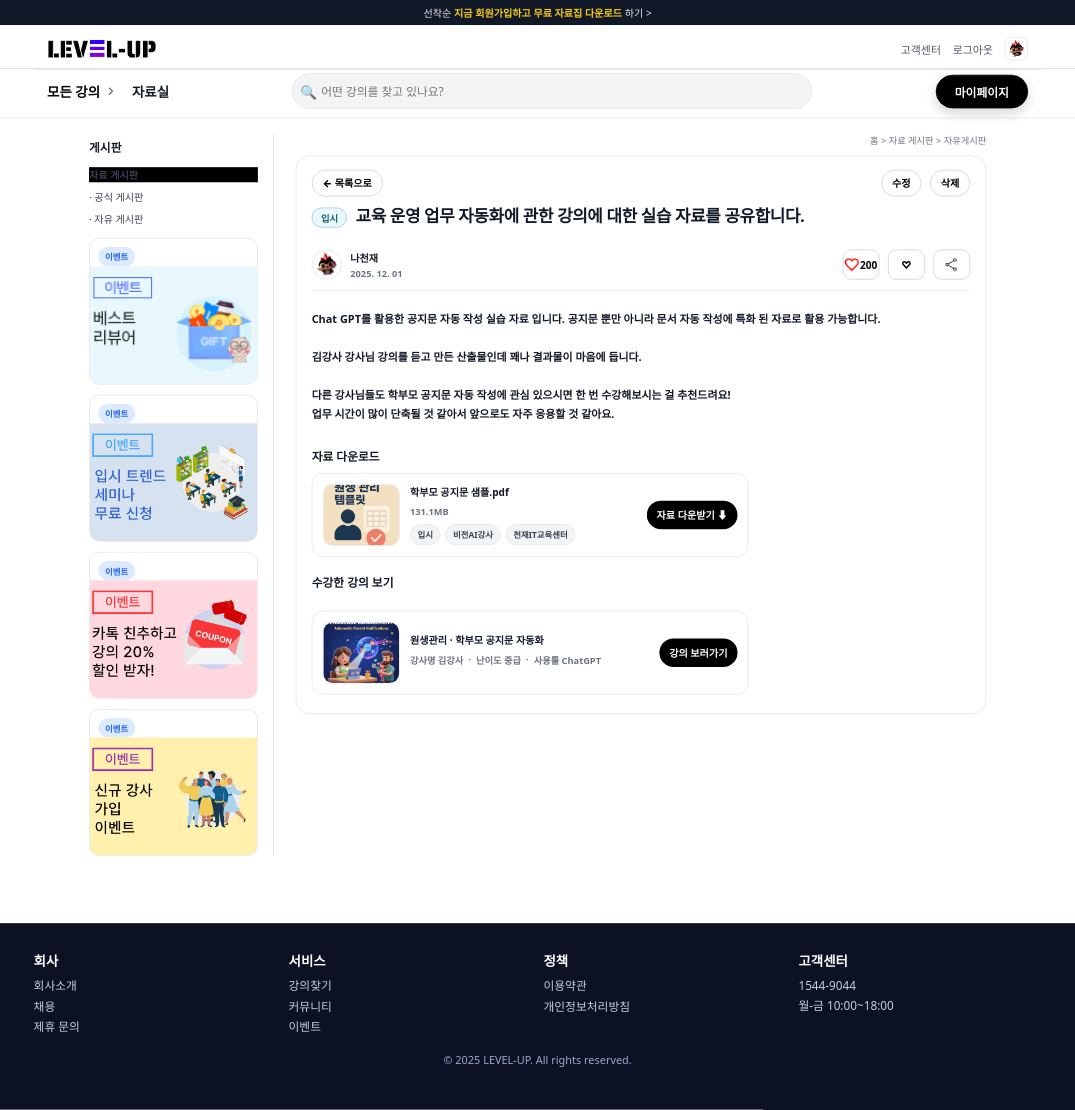
Repository: Iimchaehoon/level_up
Page: board_detail.html
An editor plug-in stored every save of this project. The page is shown before and after the next save, followed by the edit.
The browser window is 1280 px wide. The pictures show the whole page, at 84% of full size.

Above is the page before, as saved 2025-12-16 23:06:51.

After the next save:
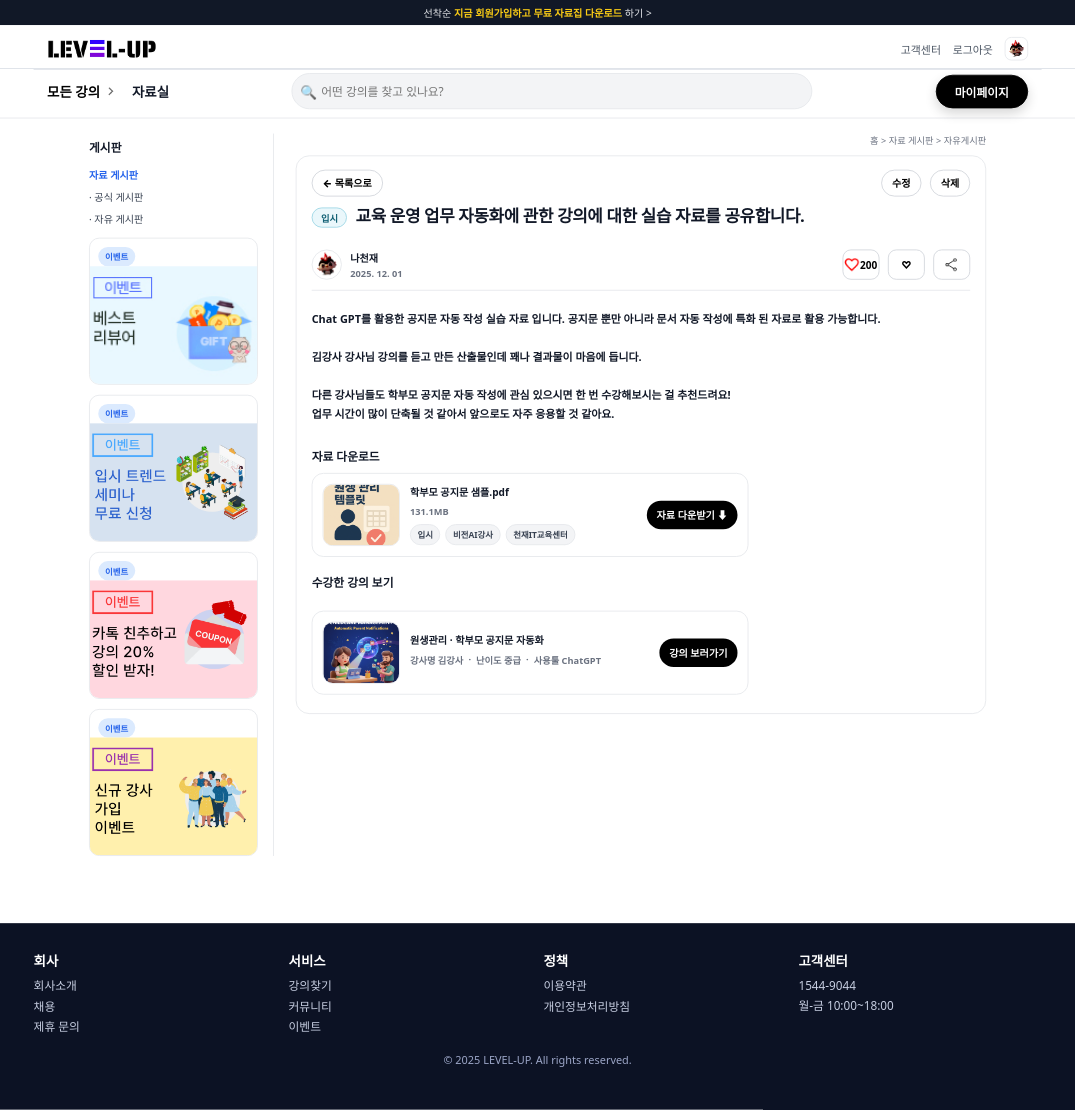
Saved 14 s later.
--- a/board_detail.html
+++ b/board_detail.html
@@ -154,7 +154,7 @@
     .side__title{ font-size:14px; font-weight:900; margin:6px 0 14px; }
     .side__links{ display:flex; flex-direction:column; gap:8px; font-size:12px; }
     .side__links a{ color:var(--gray-700); cursor:pointer; }
-    .side__links a.active{ background: black; font-weight:900; }
+    .side__links a.active{ color:var(--primary); font-weight:900; }
 
     .side__cards{ margin-top:14px; display:flex; flex-direction:column; gap:12px; }
     .evt{ border:1px solid var(--gray-200); border-radius:12px; overflow:hidden; background:#fff; }
